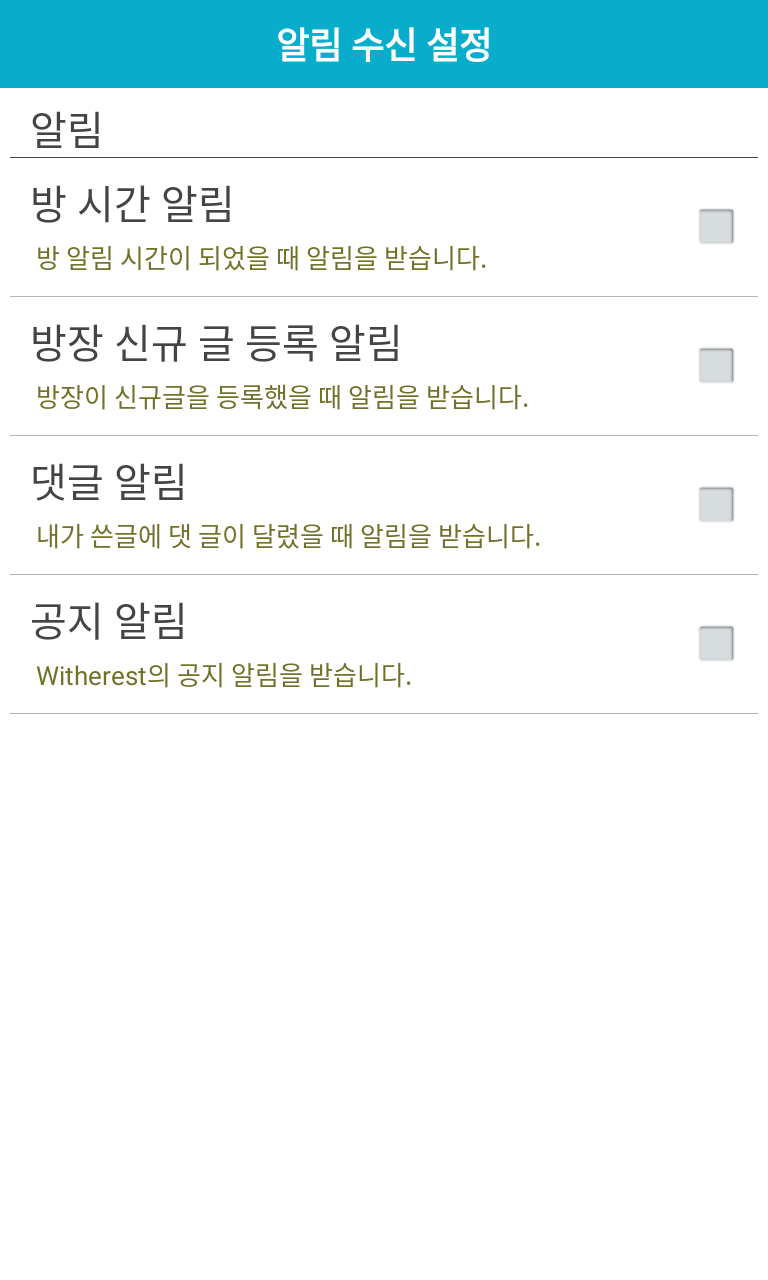
Repository: belhyun/witherest-android
Layout: Witherest/res/layout/activity_notificationconfig.xml
The author's editor kept a copy of each file at every save. The layout is drawn from the files as they stood at one save, then again after the next save.
It is drawn on a 768 x 1280 px phone screen (xhdpi) without system bars, with theme android:Theme.Holo.NoActionBar; the app's code is not run.

Above is the layout before, as saved 2013-07-07 20:41:30.

### Witherest/res/layout/activity_notificationconfig.xml
<?xml version="1.0" encoding="utf-8"?>
<LinearLayout xmlns:android="http://schemas.android.com/apk/res/android"
    android:layout_width="fill_parent"
    android:layout_height="fill_parent"
    android:background="#ffffff"
    android:orientation="vertical" >

       <LinearLayout
        android:layout_width="fill_parent"
        android:layout_height="44dp"
        android:background="#09ADCC" >

        <TextView
            android:layout_width="fill_parent"
            android:layout_height="fill_parent"
            android:layout_gravity="center_horizontal|center_vertical"
            android:gravity="center"
            android:text="@string/notificationconfig"
            android:textColor="#ffffff"
            android:textSize="18sp"
            android:textStyle="bold" />
    </LinearLayout>

    <LinearLayout
        android:layout_width="fill_parent"
        android:layout_height="fill_parent"
        android:layout_marginLeft="5dp"
        android:layout_marginRight="5dp"
        android:orientation="vertical" >

        <ScrollView
            android:layout_width="match_parent"
            android:layout_height="match_parent"
            android:scrollbars="@null" >

            <LinearLayout
                android:layout_width="match_parent"
                android:layout_height="wrap_content"
                android:orientation="vertical" >

                <TextView
                    android:layout_width="wrap_content"
                    android:layout_height="wrap_content"
                    android:layout_marginLeft="10dp"
                    android:layout_marginTop="5dp"
                    android:text="@string/notification"
                    android:textColor="#444444"
                    android:textSize="20sp"
                    android:typeface="sans" />

                <LinearLayout
                    android:layout_width="match_parent"
                    android:layout_height="1px"
                    android:background="#444444"
                    android:orientation="vertical" >
                </LinearLayout>

                <RelativeLayout
                    android:layout_width="fill_parent"
                    android:layout_height="wrap_content"
                    android:background="@drawable/makeroom_selector"
                    android:clickable="true"
                    android:gravity="center_vertical"
                    android:orientation="horizontal"
                    android:padding="5dip" >

                    <LinearLayout
                        android:id="@+id/activity_noti_config_linear1"
                        android:layout_width="match_parent"
                        android:layout_height="wrap_content"
                        android:layout_marginBottom="5dp"
                        android:layout_marginLeft="5dp"
                        android:layout_marginTop="2dp"
                        android:orientation="vertical" >

                        <TextView
                            android:layout_width="wrap_content"
                            android:layout_height="wrap_content"
                            android:layout_marginBottom="3dp"
                            android:text="@string/activity_noti_config_time"
                            android:textColor="#444444"
                            android:textSize="20sp"
                            android:textStyle="normal"
                            android:typeface="sans" />

                        <TextView
                            android:layout_width="wrap_content"
                            android:layout_height="wrap_content"
                            android:layout_marginLeft="3dp"
                            android:text="@string/activity_noti_config_time_des"
                            android:textColor="#71712a"
                            android:textSize="13sp"
                            android:typeface="sans" />
                    </LinearLayout>

                    <CheckBox
                        android:id="@+id/activity_noti_roomtime_btn"
                        android:layout_width="wrap_content"
                        android:layout_height="wrap_content"
                        android:layout_alignParentBottom="true"
                        android:layout_alignParentRight="true"
                        android:layout_alignRight="@id/activity_noti_config_linear1"
                        android:layout_centerVertical="true"
                        android:background="@drawable/check_on_off" />
                </RelativeLayout>

                <LinearLayout
                    android:layout_width="match_parent"
                    android:layout_height="1px"
                    android:background="#b5b5b5" >
                </LinearLayout>

                <RelativeLayout
                    android:layout_width="fill_parent"
                    android:layout_height="wrap_content"
                    android:background="@drawable/makeroom_selector"
                    android:clickable="true"
                    android:gravity="center_vertical"

                    android:padding="5dip" >

                    <LinearLayout
                        android:id="@+id/activity_noti_config_linear2"
                        android:layout_width="wrap_content"
                        android:layout_height="wrap_content"
                        android:layout_marginBottom="5dp"
                        android:layout_marginLeft="5dp"
                        android:layout_marginTop="2dp"
                        android:orientation="vertical" >

                        <TextView
                            android:layout_width="wrap_content"
                            android:layout_height="wrap_content"
                            android:layout_marginBottom="3dp"
                            android:text="@string/activity_noti_config_manager_register"
                            android:textColor="#444444"
                            android:textSize="20sp"
                            android:textStyle="normal"
                            android:typeface="sans" />

                        <TextView
                            android:layout_width="wrap_content"
                            android:layout_height="wrap_content"
                            android:layout_marginLeft="3dp"
                            android:text="@string/activity_noti_config_manager_register_des"
                            android:textColor="#71712a"
                            android:textSize="13sp"
                            android:typeface="sans" />
                    </LinearLayout>

                    <CheckBox
                        android:id="@+id/activity_noti_roommanager_btn"
                        android:layout_width="wrap_content"
                        android:layout_height="wrap_content"
                        android:layout_alignParentBottom="true"
                        android:layout_alignParentRight="true"
                        android:layout_alignRight="@id/activity_noti_config_linear2"
                        android:layout_centerVertical="true"
                        android:background="@drawable/check_on_off" />
                </RelativeLayout>

                <LinearLayout
                    android:layout_width="match_parent"
                    android:layout_height="1px"
                    android:background="#b5b5b5" >
                </LinearLayout>

                <RelativeLayout
                    android:layout_width="fill_parent"
                    android:layout_height="wrap_content"
                    android:background="@drawable/makeroom_selector"
                    android:clickable="true"
                    android:gravity="center_vertical"
                    android:orientation="horizontal"
                    android:padding="5dip" >

                    <LinearLayout
                        android:id="@+id/activity_noti_config_linear3"
                        android:layout_width="match_parent"
                        android:layout_height="wrap_content"
                        android:layout_marginBottom="5dp"
                        android:layout_marginLeft="5dp"
                        android:layout_marginTop="2dp"
                        android:orientation="vertical" >

                        <TextView
                            android:layout_width="wrap_content"
                            android:layout_height="wrap_content"
                            android:layout_marginBottom="3dp"
                            android:text="@string/activity_noti_config_register_mine"
                            android:textColor="#444444"
                            android:textSize="20sp"
                            android:textStyle="normal"
                            android:typeface="sans" />

                        <TextView
                            android:layout_width="wrap_content"
                            android:layout_height="wrap_content"
                            android:layout_marginLeft="3dp"
                            android:text="@string/activity_noti_config_register_mine_des"
                            android:textColor="#71712a"
                            android:textSize="13sp"
                            android:typeface="sans" />
                    </LinearLayout>

                    <CheckBox
                        android:id="@+id/activity_noti_reply_btn"
                        android:layout_width="wrap_content"
                        android:layout_height="wrap_content"
                        android:layout_alignParentBottom="true"
                        android:layout_alignParentRight="true"
                        android:layout_alignRight="@id/activity_noti_config_linear3"
                        android:layout_centerVertical="true"
                        android:background="@drawable/check_on_off" />
                </RelativeLayout>

                <LinearLayout
                    android:layout_width="match_parent"
                    android:layout_height="1px"
                    android:background="#b5b5b5" >
                </LinearLayout>

                <RelativeLayout
                    android:layout_width="fill_parent"
                    android:layout_height="wrap_content"
                    android:background="@drawable/makeroom_selector"
                    android:clickable="true"
                    android:gravity="center_vertical"
                    android:orientation="horizontal"
                    android:padding="5dip" >

                    <LinearLayout
                        android:id="@+id/activity_noti_config_linear4"
                        android:layout_width="match_parent"
                        android:layout_height="wrap_content"
                        android:layout_marginBottom="5dp"
                        android:layout_marginLeft="5dp"
                        android:layout_marginTop="2dp"
                        android:orientation="vertical" >

                        <TextView
                            android:layout_width="wrap_content"
                            android:layout_height="wrap_content"
                            android:layout_marginBottom="3dp"
                            android:text="@string/activity_noti_company"
                            android:textColor="#444444"
                            android:textSize="20sp"
                            android:textStyle="normal"
                            android:typeface="sans" />

                        <TextView
                            android:layout_width="wrap_content"
                            android:layout_height="wrap_content"
                            android:layout_marginLeft="3dp"
                            android:text="@string/activity_noti_company_des"
                            android:textColor="#71712a"
                            android:textSize="13sp"
                            android:typeface="sans" />
                    </LinearLayout>

                    <CheckBox
                        android:id="@+id/activity_noti_witherestinfo_btn"
                        android:layout_width="wrap_content"
                        android:layout_height="wrap_content"
                        android:layout_alignParentBottom="true"
                        android:layout_alignParentRight="true"
                        android:layout_alignRight="@id/activity_noti_config_linear4"
                        android:layout_centerVertical="true"
                        android:background="@drawable/check_on_off" />
                </RelativeLayout>

                <LinearLayout
                    android:layout_width="match_parent"
                    android:layout_height="1px"
                    android:background="#b5b5b5" >
                </LinearLayout>
            </LinearLayout>
        </ScrollView>
    </LinearLayout>

</LinearLayout>

### Witherest/res/drawable/makeroom_selector.xml
<?xml version="1.0" encoding="utf-8"?>
<selector xmlns:android="http://schemas.android.com/apk/res/android">


    <item android:drawable="@drawable/hover_bg" android:state_pressed="true"/>
    <item android:drawable="@drawable/hover_bg" android:state_pressed="false" android:state_selected="true"/>

</selector>

### Witherest/res/drawable/check_on_off.xml
<?xml version="1.0" encoding="utf-8"?>
<selector
	xmlns:android="http://schemas.android.com/apk/res/android">
    <item
    	android:state_checked="true"
    	android:drawable="@drawable/check_btn_on"/>
    <item
    	android:drawable="@drawable/check_btn_off"/>
</selector>

### Witherest/res/drawable/hover_bg.xml
<?xml version="1.0" encoding="utf-8"?>
<shape xmlns:android="http://schemas.android.com/apk/res/android" >
    <solid android:color="#16cedb"/>
</shape>

Loaded but not shown: Witherest/res/values/strings.xml (245 lines, source omitted)

After the next save:
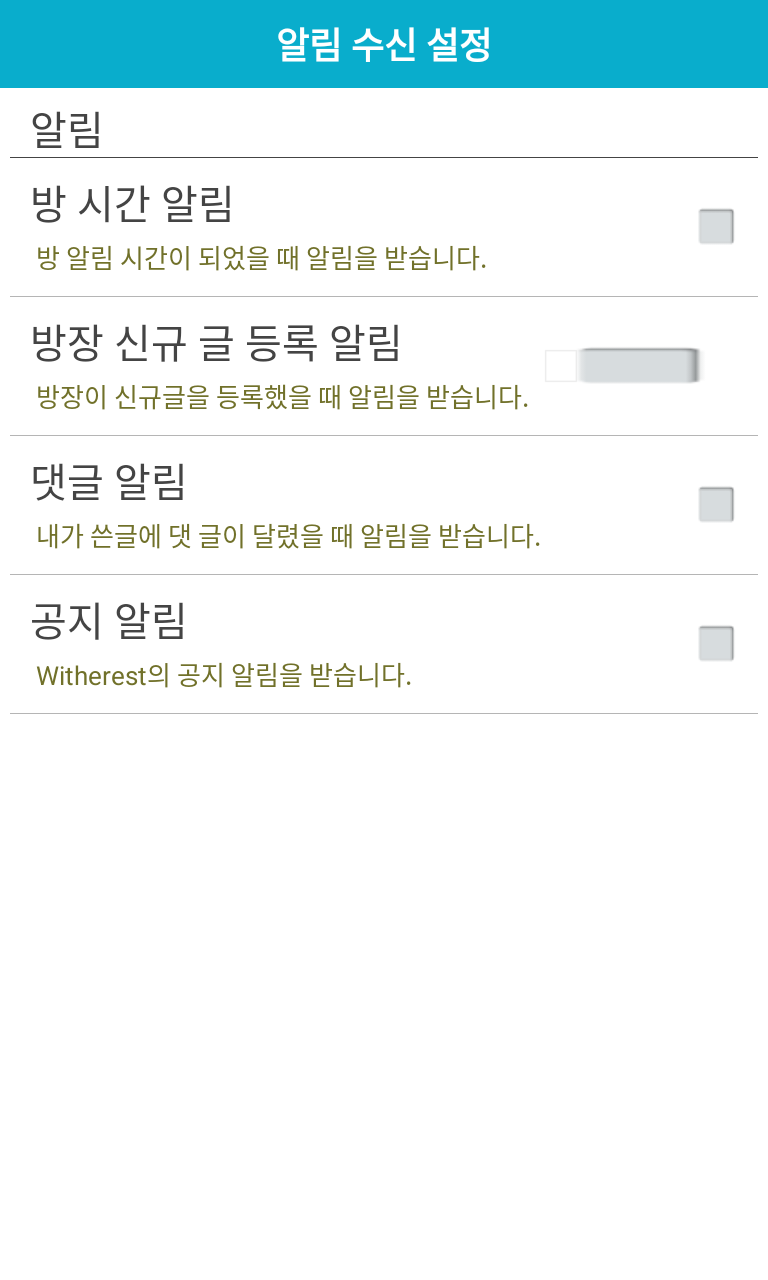
Saved 29 s later.
--- a/Witherest/res/layout/activity_notificationconfig.xml
+++ b/Witherest/res/layout/activity_notificationconfig.xml
@@ -154,7 +154,7 @@
                         android:layout_height="wrap_content"
                         android:layout_alignParentBottom="true"
                         android:layout_alignParentRight="true"
-                        android:layout_alignRight="@id/activity_noti_config_linear2"
+                        android:layout_toRightOf="@id/activity_noti_config_linear2"
                         android:layout_centerVertical="true"
                         android:background="@drawable/check_on_off" />
                 </RelativeLayout>
